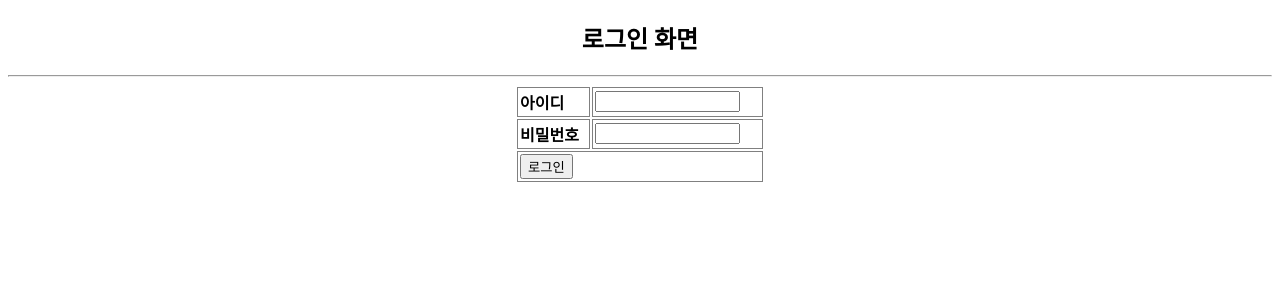
Repository: nijooymik/smartfactory
Page: http://localhost/t0721/login_form.jsp
The author's editor kept a copy of each file at every save. The page is drawn from the files as they stood at one save, then again after the next save.
The browser window is 1280 px wide. The pictures show the whole page.
The page is served by Tomcat 9.

Above is the page before, as saved 2022-07-21 02:45:47.

After the next save:
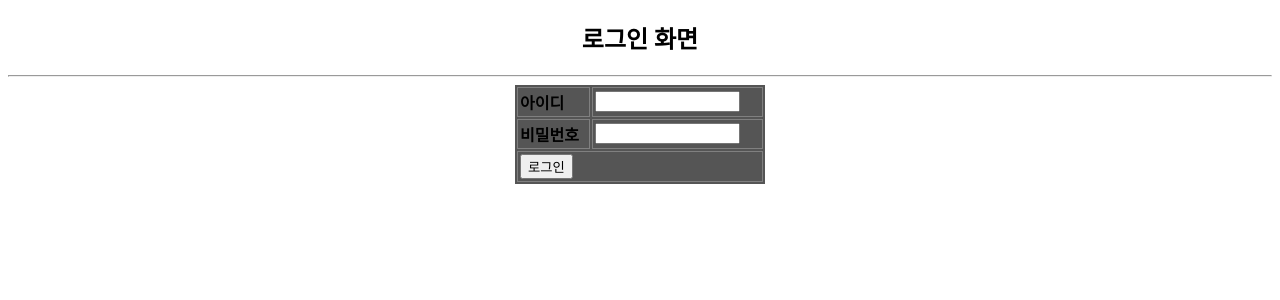
Saved 11 s later.
--- a/jsp/t0721/src/main/webapp/login_form.jsp
+++ b/jsp/t0721/src/main/webapp/login_form.jsp
@@ -10,7 +10,7 @@ table {
 	width: 250px;
 	text-align: center;
 	border-collapse: collaps;
-	backgriount-color: #555555;
+	background-color: #555555;
 }
 
 td {
